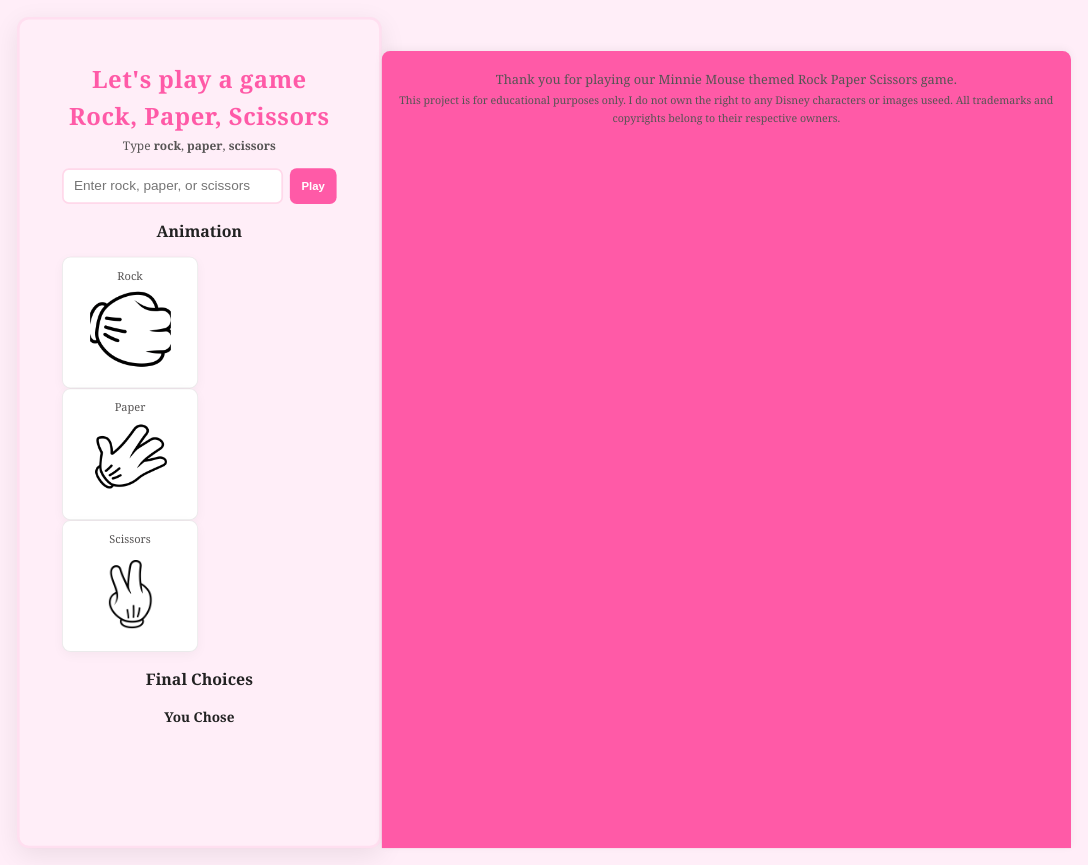
Repository: brittanyramirez/RPS-Game
Page: rps.html
An editor plug-in stored every save of this project. The page is shown before and after a run of saves, followed by the edit.
The browser window is 1280 px wide. The pictures show the whole page, at 85% of full size.

Above is the page before, as saved 2025-11-14 18:43:47.

After the next 3 saves:
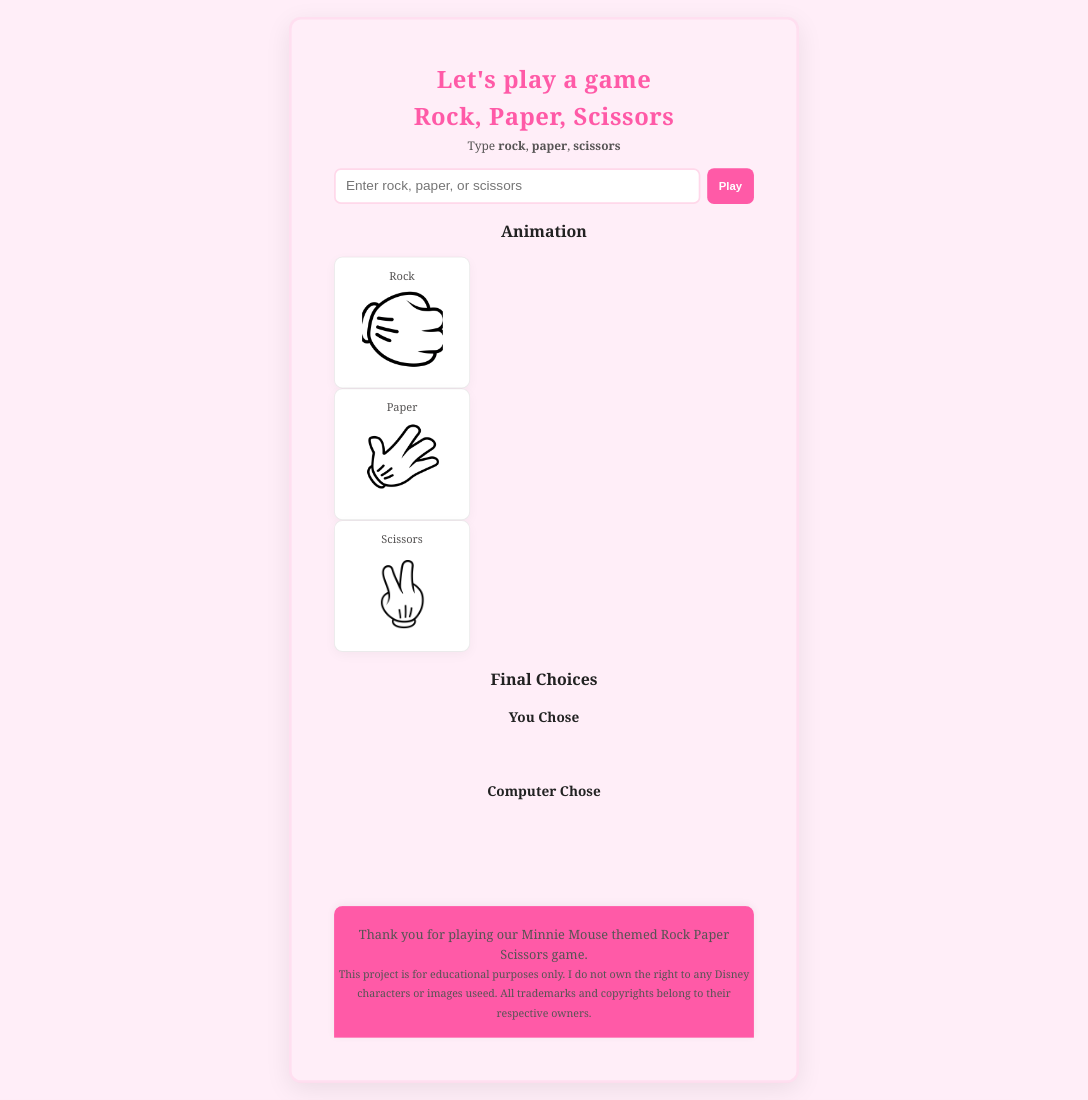
The 3 saves are shown as one change because they came seconds apart.
The last was saved 10 s later.
--- a/rps.html
+++ b/rps.html
@@ -53,7 +53,8 @@
     </div>
 
     <div class="result-box">
-        <h4></h4>
+        <h4>Computer Chose</h4>
+        <img
     </div>
 
 </div> <!--end of display row-->
